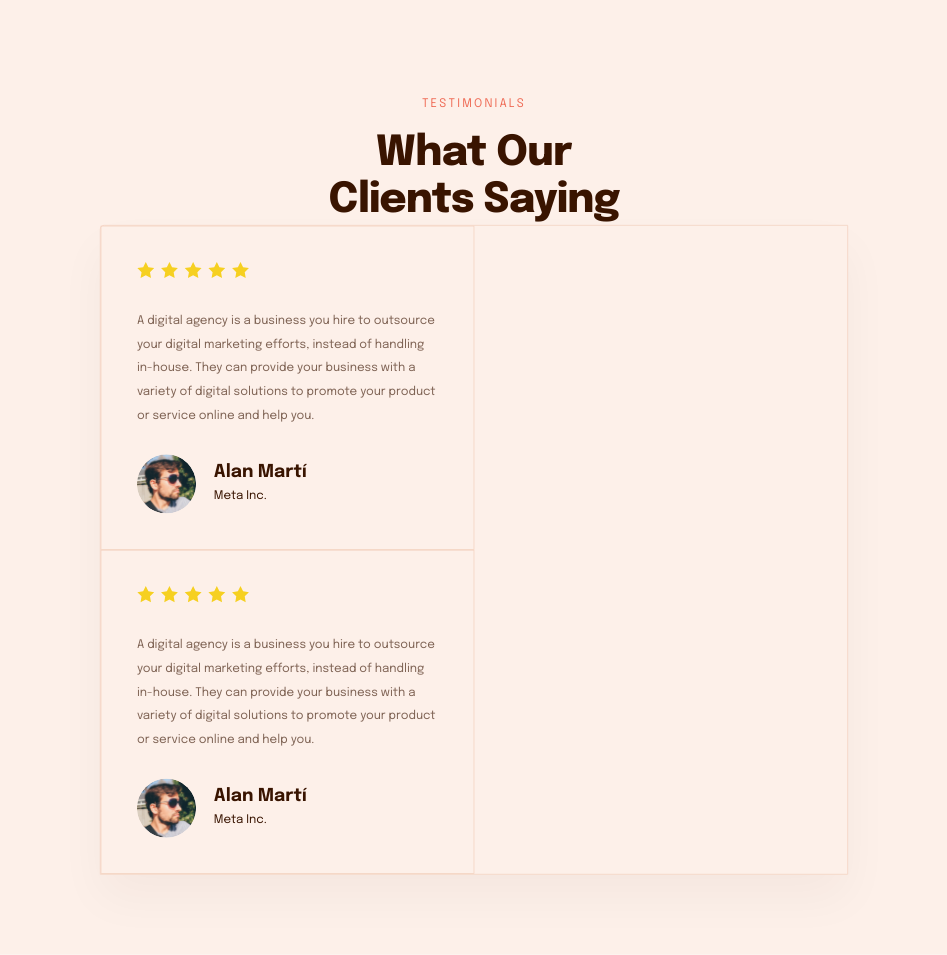
Repository: simralgasimov/task
Page: index.html
An editor plug-in stored every save of this project. The page is shown before and after the next save, followed by the edit.
The browser window is 1280 px wide. The pictures show the whole page, at 74% of full size.

Above is the page before, as saved 2023-09-06 13:46:58.

After the next save:
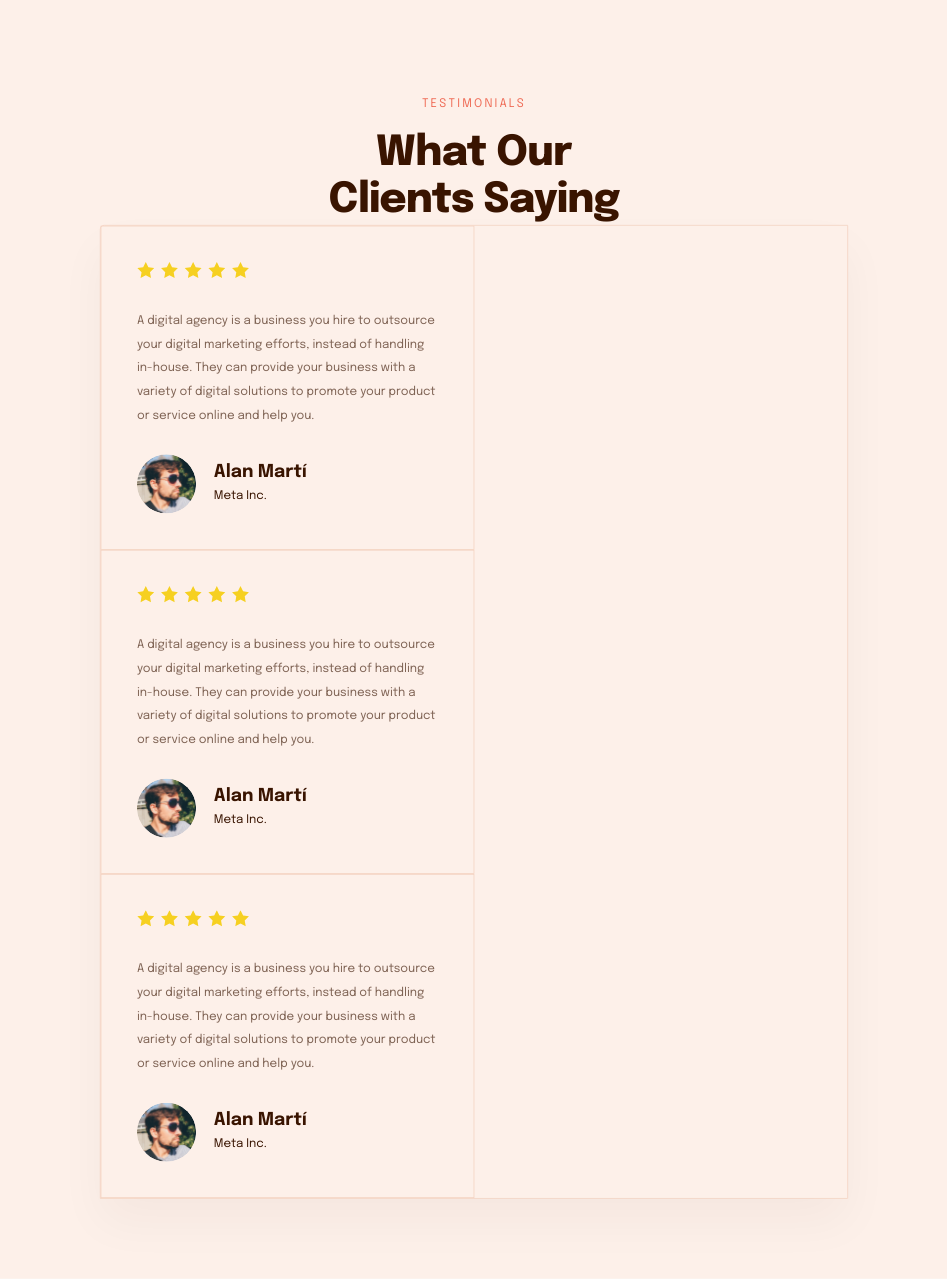
Saved 7 s later.
--- a/index.html
+++ b/index.html
@@ -42,7 +42,22 @@
 
         </div>
       </div>
-      <div class="right-box"></div>
+      <div class="right-box">
+        <div class="box">
+          <img class="star-img" src="./img/star.svg" alt="" />
+          <p> A digital agency is a business you hire to outsource your digital marketing efforts, instead of handling
+            in-house. They can provide your business with a variety of digital solutions to promote your product or
+            service online and help you. </p>
+          <div class="user">
+            <img src="./img/Oval.svg" alt="">
+            <div class="user-info">
+              <h3>Alan Martí</h3>
+              <p>Meta Inc.</p>
+            </div>
+          </div>
+
+      </div>
+      </div>
     </div>
 </body>
 
